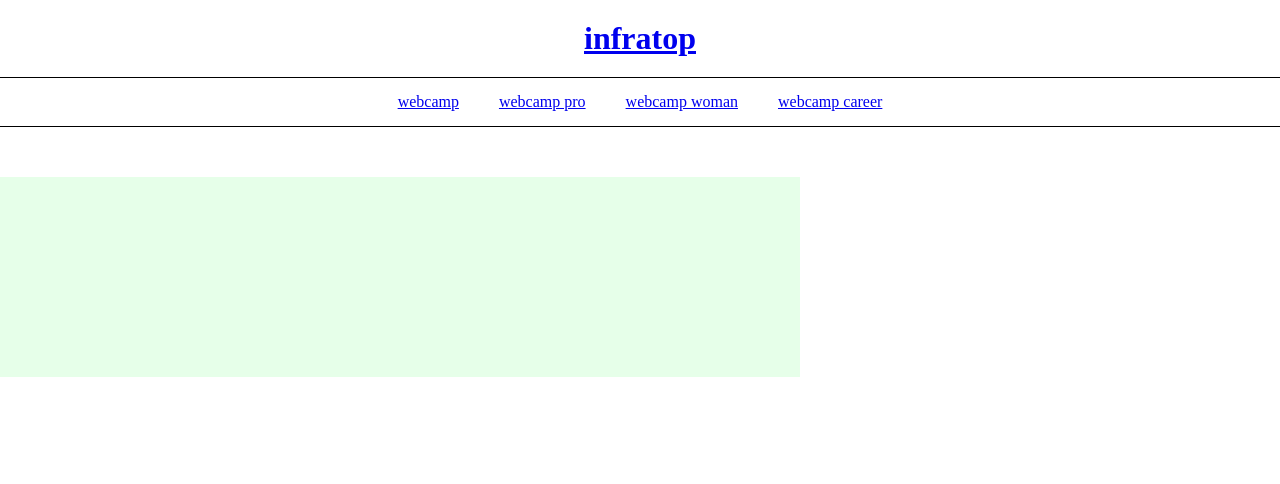
Repository: yuu2310/dmm-webcamp
Page: chapter5_exercise/index.html
The author's editor kept a record of every edit. The page is drawn from the files as they stood at one moment, then again after the next edit.
The browser window is 1280 px wide. The pictures show the whole page.

Above is the page before.

### chapter5_exercise/index.html
<!DOCTYPE HTML>
<html lang="ja">
  <head>
    <meta charset="UTF-8" />
    <title>chapter5演習</title>
    <link rel="stylesheet" href="style.css"/>
  </head>

  <body>
    <header>
      <h1 class="heading">
        <a href="index.html">
          infratop
        </a>
      </h1>
    </header>

    <nav>
      <ul class="nav-list">
        <li class="nav-list-item">
          <a href="index.html">
            webcamp
          </a>
        </li>
        <li class="nav-list-item">
          <a href="index.html">
            webcamp pro
          </a>
        </li>
        <li class="nav-list-item">
          <a href="index.html">
            webcamp woman
          </a>
        </li>
        <li class="nav-list-item">
          <a href="index.html">
            webcamp career
          </a>
        </li>
      </ul>
    </nav>

    <main>
      <div class="box1"></div>
      <div class="box1"></div>
      <div class="box1"></div>
      <div class="box1"></div>
      <div class="box1"></div>
      <div class="box1"></div>
      <div class="box1"></div>
      <div class="box1"></div>
      <div class="box1"></div>
      <div class="box1"></div>
      <div class="box1"></div>
      <div class="box1"></div>

    </main>
  </body>
</html>

### chapter5_exercise/style.css
* {
  margin: 0;
  padding: 0;
  box-sizing: border-box;
}

.heading {
  width: 100%;
  margin: 20px 0;
  text-align: center;
}

.nav-list {
  display: flex;
  justify-content: center;
  list-style: none;
  padding: 15px 0;
  border-top: 1px solid #000000;
  border-bottom: 1px solid #000000;
}

.nav-list-item {
  margin: 0 20px;
}

main {
  width: 800px;
  margin: 50px 0;
  display:flex;
}

.box1 {
  width: 200px;
  height: 200px;
  background-color: #e6ffe9;
}

.box2 {
  width: 200px;
  height: 200px;
  background-color: #cbffd3;
}

.box3 {
  width: 200px;
  height: 200px;
  background-color: #aeffbd;
}

.box4 {
  width: 200px;
  height: 200px;
  background-color: #93ffab;
}

.box5 {
  width: 200px;
  height: 200px;
  background-color: #f3ffd8;
}

.box6 {
  width: 200px;
  height: 200px;
  background-color: #edffbe;
}

.box7 {
  width: 200px;
  height: 200px;
  background-color: #e9ffa5;
}

.box8 {
  width: 200px;
  height: 200px;
  background-color: #e4ff8d;
}

.box9 {
  width: 200px;
  height: 200px;
  background-color: #d9e5ff;
}

.box10 {
  width: 200px;
  height: 200px;
  background-color: #bad3ff;
}

.box11 {
  width: 200px;
  height: 200px;
  background-color: #e6ffe9;
}

.box12 {
  width: 200px;
  height: 200px;
  background-color: #e6ffe9;
}

After the next edit:
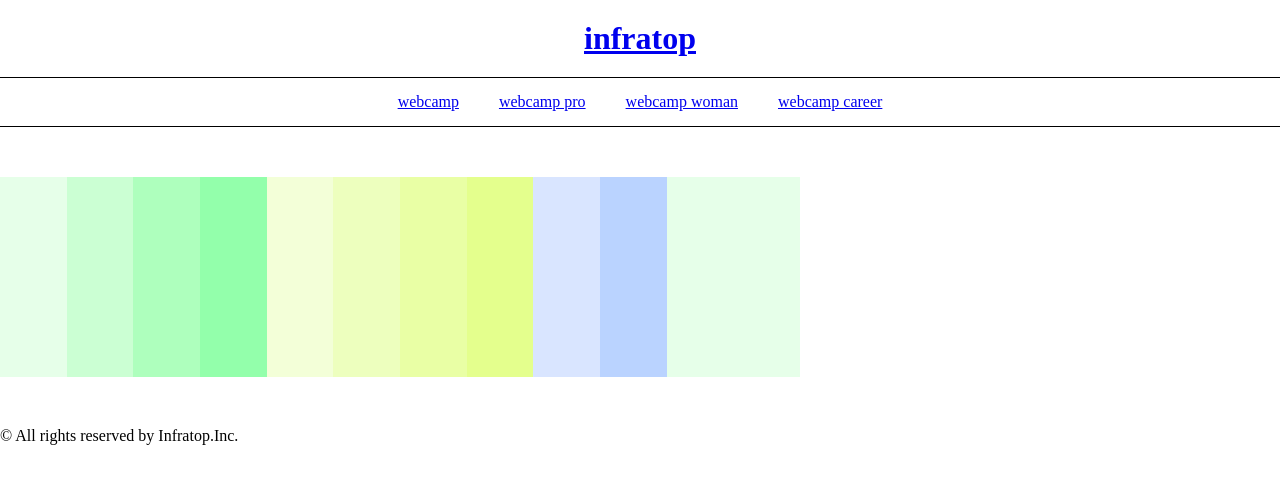
The edit:
--- a/chapter5_exercise/index.html
+++ b/chapter5_exercise/index.html
@@ -42,18 +42,21 @@
 
     <main>
       <div class="box1"></div>
-      <div class="box1"></div>
-      <div class="box1"></div>
-      <div class="box1"></div>
-      <div class="box1"></div>
-      <div class="box1"></div>
-      <div class="box1"></div>
-      <div class="box1"></div>
-      <div class="box1"></div>
-      <div class="box1"></div>
-      <div class="box1"></div>
-      <div class="box1"></div>
+      <div class="box2"></div>
+      <div class="box3"></div>
+      <div class="box4"></div>
+      <div class="box5"></div>
+      <div class="box6"></div>
+      <div class="box7"></div>
+      <div class="box8"></div>
+      <div class="box9"></div>
+      <div class="box10"></div>
+      <div class="box11"></div>
+      <div class="box12"></div>
+    </main>
 
-    </main>
+    <footer>
+      <p class="footer-text">© All rights reserved by Infratop.Inc.</p>
+    </footer>
   </body>
 </html>
